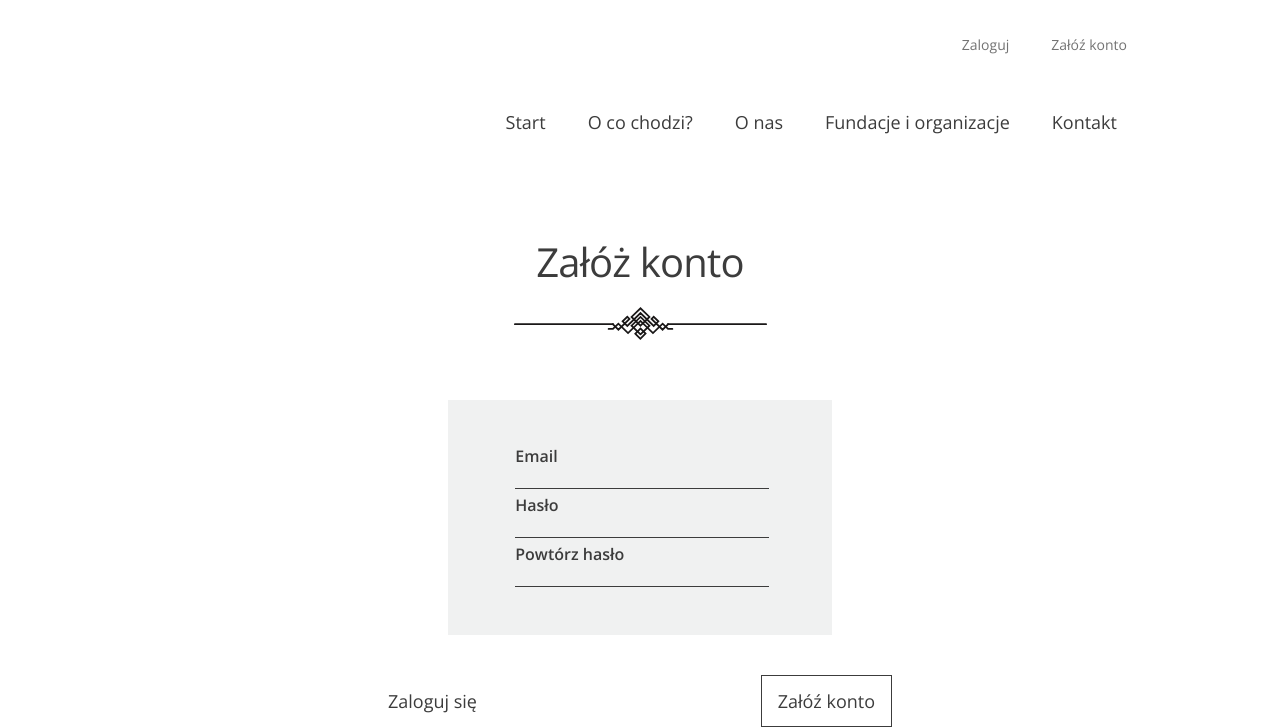
Repository: tomekwoojcik/oddam-w-dobre-rence
Page: /rejestracja
An editor plug-in stored every save of this project. The page is shown before and after the next save, followed by the edit.
The browser window is 1280 px wide. The pictures show the whole page.
The project was rebuilt for these pictures with package versions that can differ from the ones it lists, and the page was loaded fresh each time. Also part of the build but not shown: src/config/supabaseClient.js, src/components/context/databaseContext.js, src/components/atoms/aboutUsImg/aboutUsImg.js, src/components/atoms/aboutUsText/aboutUsText.js, src/components/organisms/aboutUsBar/aboutUsBar.js, src/components/atoms/textAreaInput/textAreaInput.js, src/components/molecules/contactForm/contactForm.js, src/components/molecules/contactUsForm/contactUsForm.js and 29 more.

Above is the page before, as saved 2022-12-14 08:46:34.

### public/index.html
<!DOCTYPE html>
<html lang="en">
  <head>
    <meta charset="utf-8" />
    <link rel="icon" href="%PUBLIC_URL%/favicon.ico" />
    <meta name="viewport" content="width=device-width, initial-scale=1" />
    <meta name="theme-color" content="#000000" />
    <meta
      name="description"
      content="Web site created using create-react-app"
    />
    <link rel="apple-touch-icon" href="%PUBLIC_URL%/logo192.png" />
    <link rel="manifest" href="%PUBLIC_URL%/manifest.json" />
    <title>React App</title>
    <link rel="preconnect" href="https://fonts.googleapis.com">
    <link rel="preconnect" href="https://fonts.gstatic.com" crossorigin>
    <link
      href="https://fonts.googleapis.com/css2?family=Merriweather:ital,wght@0,300;0,400;0,700;0,900;1,300;1,400;1,700;1,900&family=Open+Sans:ital,wght@0,300;0,400;0,500;0,600;0,700;0,800;1,300;1,400;1,500;1,600;1,700;1,800&display=swap"
      rel="stylesheet">
  </head>
  <body>
    <div id="root"></div>
  </body>
</html>

### src/scss/main.scss
@import './reset';
@import './settings/colors';
@import './settings/fonts';
@import '../components/atoms/buttonsMenu/buttonsMenu';
@import '../components/molecules/navMenu/navMenu';
@import '../components/atoms/buttonsLoginLogout/buttonsLoginLogout';
@import '../components/molecules/navLoginLogout/navLoginLogout';
@import '../components/molecules/menu/menu';
@import '../components/atoms/photoInHeader/photoInHeader.scss';
@import '../components/organisms/header/header';
@import '../components/atoms/partTextInHeader/firstPartText';
@import '../components/molecules/rightPart/rightPart';
@import '../components/molecules/textInHeader/textInHeader';
@import '../components/atoms/decorationAssets/decorationAssets';
@import '../components/molecules/menuRightPartContext/menuRightPartContext';
@import '../components/atoms/buttonsInRightPartContext/buttonsInRightPartContext';
@import '../components/organisms/threeColumns/threeColumns';
@import '../pages/home/home';
@import '../components/molecules/oneColumn/oneColumn';
@import '../components/atoms/counterInColumn/counterInColumn';
@import '../components/atoms/titleInColumn/titleInColumn';
@import '../components/atoms/textInColumn/textInColumn';
@import '../components/atoms/simpleStepsTitle/simpleStepsTitle';
@import '../components/organisms/simpleSteps/simpleSteps';
@import '../components/atoms/simpleStepsColumn/simpleStepsColumn';
@import '../components/molecules/simpleStepsBar/simpleStepsBar';
@import '../components/organisms/aboutUsBar/aboutUsBar';
@import '../components/organisms/whoWeHelp/whoWeHelp';
@import '../components/organisms/contactUs/contactUs';
@import '../pages/logIn/login';
@import '../pages/register/register';

* {
    font-family: $font-base;
}

### src/scss/settings/_colors.scss
$white-color: #F0F1F1;
$mustard-color: #5E5322;
$strong-yellow-color: #FAD648;
$grey-color: #737373;
$black-color: #3C3C3C;

### src/components/atoms/buttonsMenu/_buttonsMenu.scss
@import '../../../scss/settings/fonts';
@import '../../../scss/settings/colors';

.buttonItem {
    .button {
        font-size: 18px;
        padding: 9px 20px;
        color: $black-color;
        text-decoration: none;
        font-family: $font-base;
        border: 0.75px solid white;
    }

    .button:hover{
        border: 0.75px solid $black-color;
    }
}

### src/components/molecules/navMenu/_navMenu.scss
@import '../../../scss/settings/fonts';
@import '../../../scss/settings/colors';

.buttonList {
    margin-top: 10px;
    display: flex;
    flex-direction: row;
    justify-content: flex-end;
    margin-right: 142px;
}

### src/components/atoms/buttonsLoginLogout/_buttonsLoginLogout.scss
@import '../../../scss/settings/fonts';
@import '../../../scss/settings/colors';

.buttonMenuItems {
    .buttonMenu {
        font-family: $font-base;
        font-size: 14px;
        text-decoration: none;
        color: $grey-color;
        padding: 9px 10px;
        margin-left: 20px;
        border: 0.75px solid white;
    }

    .buttonMenu:hover{
        border-color: $strong-yellow-color;
    }
}

### src/components/molecules/navLoginLogout/_navLoginLogout.scss
.buttonMenuList{
    display: flex;
    flex-direction: row;
    justify-content: flex-end;
    margin-right: 142px;
    margin-bottom: 60px;
}

### src/components/molecules/menu/_menu.scss
.menu {
    width: 100%;
    margin-top: 37px;
    flex-direction: column;
}

### src/components/atoms/photoInHeader/_photoInHeader.scss
.photoHeader {
    width: 885px;
    height: 963px;
}

### src/components/organisms/header/_header.scss
.header {
    display: flex;
    flex-direction: row;
    width: 1758px;
}

### src/components/atoms/partTextInHeader/_firstPartText.scss
@import '../../../scss/settings/fonts';
@import '../../../scss/settings/colors';

.textInHeader{
    font-family: $font-base;
    font-size: 38px;
    margin-bottom: 10px;
}

### src/components/molecules/rightPart/_rightPart.scss
.rightPartHeader{
    display: flex;
    flex-direction: column;
}

### src/components/molecules/textInHeader/_textInHeader.scss
.textIn{
    margin-top: 210px;
}

### src/components/atoms/decorationAssets/_decorationAssets.scss
.decorationAssets {
    width: 253px;
    height: 33px;
    align-self: center;
    margin-top: 25px;
}

### src/components/molecules/menuRightPartContext/_menuRightPartContext.scss
.menuRightPartContext{
    display: flex;
    flex-direction: row;
    justify-content: center;
    margin-top: 65px;
}

### src/components/atoms/buttonsInRightPartContext/_buttonsInRightPartContext.scss
@import '../../../scss/settings/fonts';
@import '../../../scss/settings/colors';
@import '../../../scss/settings/otherVariables';

.buttonItemMenuContext {
    width: 250px;
    border: $border;
    padding: 13px 51px;

    .buttonMenuContext {

        text-transform: uppercase;
        text-decoration: none;
        color: $black-color;
        font-size: 36px;
        letter-spacing: 0.76px;
        word-wrap: break-word;
        font-family: $font-base;
        font-weight: 300;
    }

}

.buttonItemMenuContext:nth-child(2) {
    margin-left: 44px;
}

### src/scss/settings/_otherVariables.scss
@import '../settings/colors';
@import '../settings/colors';

$border: 0.75px solid $black-color;
$blind-border: 0.75px solid white;

### src/components/organisms/threeColumns/_threeColumns.scss
.threeColumns{
    background: url(../../../assets/backGround.png) ;
    width: 100%;
    display: flex;
    flex-direction: row;
    justify-content: space-around;
}

### src/pages/home/_home.scss
.homePage{
    width: 1900px;
    margin: 0 auto;
}

### src/components/molecules/oneColumn/_oneColumn.scss
.oneColumn {
    display: flex;
    flex-direction: column;
    justify-content: center;
    width: 334px;
    height: 252px;
    padding-top: 46px;
    padding-bottom: 86px;

}

### src/components/atoms/counterInColumn/_counterInColumn.scss
@import '../../../scss/settings/fonts';
@import '../../../scss/settings/colors';
@import '../../../scss/settings/otherVariables';

.counterColumn{
    font-size: 90px;
    font-family: $font-base;
    color: $mustard-color;
    font-weight: 300;
}

### src/components/atoms/titleInColumn/_titleInColumn.scss
@import '../../../scss/settings/fonts';
@import '../../../scss/settings/colors';
@import '../../../scss/settings/otherVariables';

.titleColumn{
    text-transform: uppercase;
    font-size: 18px;
    font-family: $font-base;
    letter-spacing: -0.36px;
    color: $black-color;
    margin: 10px 0 28px 0;

}

### src/components/atoms/textInColumn/_textInColumn.scss
@import '../../../scss/settings/fonts';
@import '../../../scss/settings/colors';
@import '../../../scss/settings/otherVariables';


.textColumn{
    font-family: $font-alt;
    font-size: 16px;
    font-weight: lighter;
    color: $black-color;
    letter-spacing: -0.32px;
    line-height: 25px;
}

### src/components/atoms/simpleStepsTitle/_simpleStepsTitle.scss
@import '../../../scss/settings/fonts';
@import '../../../scss/settings/colors';
@import '../../../scss/settings/otherVariables';

.simpleStepsTitle {
    font-size: 38px;
    font-family: $font-base;
    letter-spacing: -0.76px;
    color: $black-color;
    font-weight: 300;
}

### src/components/organisms/simpleSteps/_simpleSteps.scss
.simpleSteps{
    padding: 55px 0 80px 0;
    display: flex;
    flex-direction: column;

    .buttonItemMenuContext{
        align-self: center;
    }
}

### src/components/atoms/simpleStepsColumn/_simpleStepsColumn.scss
@import '../../../scss/settings/fonts';
@import '../../../scss/settings/colors';
@import '../../../scss/settings/otherVariables';

.simpleStepsColumn {
    width: 130px;
    height: 172px;

    .simpleStepsColumnImg {
        width: 83px;
        height: 83px;
    }

    .simpleStepsColumnTitle {
        font-family: $font-base;
        font-size: 18px;
        color: $black-color;
    }

    .simpleStepsColumnLine {
        color: $grey-color;
        width: 70px;
    }

    .simpleStepsColumnText {
        font-family: $font-base;
        font-size: 16px;
        color: $black-color;
        height: 40px;
        width: 100%;
    }
}


.simpleStepsColumn:nth-child(2){
    .simpleStepsColumnTitle{
        margin-top: 12px;
    }
}

### src/components/molecules/simpleStepsBar/_simpleStepsBar.scss
@import '../../../scss/settings/fonts';
@import '../../../scss/settings/colors';
@import '../../../scss/settings/otherVariables';

.simpleStepsBar {
    background-color: $white-color;
    padding: 71px 414px 76px 414px;
    display: flex;
    flex-direction: row;
    justify-content: space-between;
    margin-top: 34px;
    margin-bottom: 34px;
}

### src/components/organisms/aboutUsBar/_aboutUsBar.scss
@import '../../atoms/aboutUsImg/aboutUsImg';
@import '../../atoms/aboutUsText/aboutUsText';

.aboutUsBar{
    height: 935px;
    display: flex;
}

### src/components/atoms/aboutUsImg/_aboutUsImg.scss
.aboutUsImg{
    background-image: url('../../../assets/People.png');
    width: 942px;
    height: 100%;

}

### src/components/atoms/aboutUsText/_aboutUsText.scss
@import '../../../scss/settings/fonts';
@import '../../../scss/settings/colors';
@import '../../../scss/settings/otherVariables';

.aboutUsText {
    background-color: $white-color;
    width: calc(958px - 301px);
    height: calc(100% - 371px);
    padding: 186px 152px 185px 149px;

    .aboutUsTextTitle {
        font-family: $font-base;
        font-size: 38px;
        letter-spacing: -0.76px;
        color: $black-color;
        margin-bottom: 15px;
        font-weight: normal;
    }

    .aboutUsTextinText {
        font-family: $font-base;
        font-size: 33px;
        letter-spacing: -0.6px;
        color: $black-color;
        font-weight: 300;
        line-height: 45px;
        margin: 55px 0 40px 0;
    }

    .aboutUsSignature {
        background-image: url('../../../assets/Signature.png');
        width: 209px;
        height: 149px;
        margin-left: calc(597px - 149px);
    }
}

### src/components/organisms/whoWeHelp/_whoWeHelp.scss
@import '../../molecules/whoWeHelpButtons/whoWeHelpButtons';
@import '../../molecules/whoWeHelpList/whoWeHelpList';
@import '../../../scss/settings/fonts';
@import '../../../scss/settings/colors';
@import '../../../scss/settings/otherVariables';

.whoWeHelp{
    margin-top: 70px;
    display: flex;

    flex-direction: column;


    .whoWeHelpTitle{
        font-size: 38px;
        font-family: $font-base;
        letter-spacing: -0.76px;
        color: $black-color;
    }
}

### src/components/molecules/whoWeHelpButtons/_whoWeHelpButtons.scss
@import '../../atoms/whoWeHelpButton/whoWeHelpButton';

.whoWeHelpButtonsList{
    display: flex;
    flex-direction: row;
    width: 750px;
    justify-content: space-between;
    align-self: center;
    margin-top: 50px;
    margin-bottom: 70px;
}

### src/components/atoms/whoWeHelpButton/_whoWeHelpButton.scss
@import '../../../scss/settings/fonts';
@import '../../../scss/settings/colors';
@import '../../../scss/settings/otherVariables';

.whoWeHelpButton {
    background-color: white;
    font-family: $font-base;
    color: $black-color;
    font-size: 24px;
    border: $blind-border;
    padding: 12px 21px;
    width: 100%;
}
.whoWeHelpButton:nth-child(2){
    margin: 0 20px 0 20px ;
}

.whoWeHelpButton:hover {
    border: $border;
}

### src/components/molecules/whoWeHelpList/_whoWeHelpList.scss
@import '../../../scss/settings/fonts';
@import '../../../scss/settings/colors';
@import '../../../scss/settings/otherVariables';
@import '../../molecules/whoWeHelpListArray/whoWeHelpListArray';
.whoWeHelpList{
    display: flex;
    flex-direction: column;
    align-items: center;
    .whoWeHelpListParagraf{
        width: 640px;
        font-family: $font-base;
        color: $black-color;
        font-size: 22px;
        margin-bottom: 32px;
    }
}

### src/components/molecules/whoWeHelpListArray/_whoWeHelpListArray.scss
@import '../../atoms/whoWeHelpListItem/whoWeHelpListItem';
@import '../../../scss/settings/fonts';
@import '../../../scss/settings/colors';
@import '../../../scss/settings/otherVariables';

.divPag {
    width: 200px;
    display: flex;
    flex-direction: row;
    justify-content: space-between;
    margin: 0 50%;

    .nextBtn,
    .prevBtn,
    .pagesBtn {
        font-family: $font-base;
        padding: 5px 10px;
        border: $blind-border;
    }

    .nextBtn:hover,
    .prevBtn:hover,
    .pagesBtn:hover {
        border: $border;
    }

    .activeBtn {
        border: $border;
    }
}

### src/components/atoms/whoWeHelpListItem/_whoWeHelpListItem.scss
@import '../../../scss/settings/fonts';
@import '../../../scss/settings/colors';
@import '../../../scss/settings/otherVariables';


.whoWeHelpListItem {
    margin-top: 34px;
    width: 1334px;

    .whoWeHelpListItemContent {
        width: 100%;
        display: flex;
        flex-direction: row;
        justify-content: space-between;

        .leftPart {
            display: flex;
            flex-direction: column;
            align-items: flex-start;

            .organizationName {
                color: $black-color;
                font-family: $font-alt;
                font-weight: lighter;
                font-size: 26px;
                margin-bottom: 6px;
            }

            .organizationGoal {
                color: $black-color;
                margin-bottom: 31px;
                font-family: $font-alt;
                font-weight: lighter;
                font-size: 18px;
                font-style: italic;
            }
        }

        .items {
            color: $black-color;
            align-self: center;
            font-family: $font-alt;
            font-weight: lighter;
            font-size: 18px;
        }
    }
}

.whoWeHelpListItem:nth-child(1),
.whoWeHelpListItem:nth-child(2) {
    border-bottom: $border;
}

### src/components/organisms/contactUs/_contactUs.scss
@import '../../molecules/contactUsForm/contactUsForm';

@import '../../molecules/footer/footer';
.contactUs{
    background: url('../../../assets/Background-Contact-Form.jpg');
    background-size: cover;
    background-repeat: no-repeat;
    opacity: 50%;
    width: 100%;
    height: 1026px;
    margin-top: 80px;

    display: flex;
    flex-direction: column;
    justify-content: space-between;
}

### src/components/molecules/contactUsForm/_contactUsForm.scss
@import '../../../scss/settings/colors';
@import '../../../scss/settings/fonts';
@import '../../../scss/settings/otherVariables';
@import '../contactForm/contactForm';

.contactUsForm{
    display: flex;
    flex-direction: column;
    align-items: center;
    width: 100%;
    margin-left: 27%;
    .contactUsFormTitle{
        margin-top: 10%;
        font-family: $font-base;
        font-size: 38px;
        letter-spacing: -0.76px;
    }
    .decorationAssets{
        align-self: auto;
    }
}

### src/components/molecules/contactForm/_contactForm.scss
@import '../../atoms/inputContactForm/inputContactForm';
@import '../../atoms/textAreaInput/textAreaInput';

@import '../../../scss/settings/colors';
@import '../../../scss/settings/fonts';
@import '../../../scss/settings/otherVariables';

.contactForm {
    width: 528px;
    display: flex;
    flex-direction: column;

    .inputError {
        margin-top: 50px;
        color: red;
        font-family: $font-base;
        font-weight: bold;
    }

    .rowForm {
        display: flex;
        flex-direction: row;
        margin-top: 70px;

        .contactUsLabel {
            margin-bottom: 12px;
        }

        .divForm:nth-child(1) {
            margin-right: 16px;
        }

        .divForm:nth-child(1),
        .divForm:nth-child(2) {
            width: 256px;
        }

        .divForm:nth-child(3) {
            height: 400px;
        }



    }

    .formButton {
        font-family: $font-base;
        font-weight: 300px;
        font-size: 18px;
        color: $black-color;
        padding: 13px 53px;
        width: 156px;
        align-self: flex-end;
        border: $border;
        background-color: white;

    }

}

### src/components/atoms/inputContactForm/_inputContactForm.scss
@import '../../../scss/settings/colors';
@import '../../../scss/settings/fonts';
@import '../../../scss/settings/otherVariables';


.divForm {
    display: flex;
    flex-direction: column;
    align-items: flex-start;
    .contactUsLabel{
        font-family: $font-base;
        font-size: 16px;
        font-weight: 600;
        color: $black-color;
    }
    .contactUsInput{
        width: 100%;
        border: 0;
        border-bottom: $border;
    }
}

### src/components/atoms/textAreaInput/_textAreaInput.scss
@import '../../../scss/settings/colors';
@import '../../../scss/settings/fonts';
@import '../../../scss/settings/otherVariables';


.rowContactUsLabel {
    display: flex;
    flex-direction: column;
    align-items: flex-start;

    .contactUsLabel {
        margin-bottom: 12px;
        margin-top: 44px;
        font-family: $font-base;
        font-size: 16px;
        font-weight: 600;
        color: $black-color;

    }

    .contactUsTextArea {
        width: 100%;
        height: 97px;
        margin-bottom: 44px;
        border: 0;
        border-bottom: $border;
        opacity: 50%;
    }


}

### src/components/molecules/footer/_footer.scss
@import '../../../scss/settings/colors';
@import '../../../scss/settings/fonts';
@import '../../../scss/settings/otherVariables';

.footer {
    align-self: center;
    margin-bottom: 22px;
    display: flex;
    flex-direction: row;
    align-items: center;
    width: 100%;
    justify-content: space-between;


    .textFooter {
        font-family: $font-base;
        font-size: 18px;
        color: $black-color;
        align-self: center;
        margin-left: 45%;
    }

    .mediaFooter {
        display: flex;
        flex-direction: row;
        margin-right: 149px;


        .media-button {
            width: 30px;
            height: 30px;
        }

        .facebook {
            background: url('../../../assets/Facebook.svg');
            background-size: cover;
            background-repeat: no-repeat;
            margin-right: 20px;
        }

        .instagram {
            background: url('../../../assets/Instagram.svg');
            background-size: cover;
            background-repeat: no-repeat;
        }
    }
}

### src/pages/logIn/_login.scss
@import '../../components/molecules/loginForm/loginForm';
@import '../../components/molecules/formLogin/formLogin';

### src/components/molecules/loginForm/_loginForm.scss
.loginForm {
    display: flex;
    flex-direction: column;
    align-items: center;
    justify-content: center;
    margin-top: 110px;
    .logInHeader {
        font-family: $font-base;
        color: $black-color;
        font-size: 40px;
        font-weight: 300;
        letter-spacing: -0.8px;
    }
}

### src/components/molecules/formLogin/_formLogin.scss
@import '../../../scss/settings/fonts';
@import '../../../scss/settings/colors';
@import '../../../scss/settings/otherVariables';

.formLog {
    margin-top: 60px;
    display: flex;
    flex-direction: column;
    align-items: center;

    .form {
        display: flex;
        flex-direction: column;
        align-content: space-between;
        justify-content: space-evenly;
        padding: 40px 67.25px;
        width: calc(384px - 134.5px);
        height: calc(235px - 80px);
        background-color: $white-color;

        .contactUsInput {
            background-color: $white-color;
        }


    }

    .btnRow {
        width: 504px;
        margin-top: 40px;
        display: flex;
        align-content: space-between;
        justify-content: space-between;
        align-items: center;
        .linkLogin {
            font-style: normal;
            font-family: $font-base;
            font-weight: 300;
            font-size: 18px;
            color: $black-color;
            text-decoration: none;
        }
        .btnLog{
            font-family: $font-base;
            font-size: 18px;
            color: $black-color;
            font-weight: 300;
            padding: 13px 16px;
            background-color: white;
            border: $border;
        }
    }
}

### src/pages/register/_register.scss
@import '../../components/molecules/formRegister/formRegister'

### src/components/molecules/formRegister/_formRegister.scss
@import '../../../scss/settings/fonts';
@import '../../../scss/settings/colors';
@import '../../../scss/settings/otherVariables';

.formReg {
    margin-top: 60px;
    display: flex;
    flex-direction: column;
    align-items: center;

    .form {
        display: flex;
        flex-direction: column;
        align-content: space-between;
        justify-content: space-evenly;
        padding: 40px 67.25px;
        width: calc(384px - 134.5px);
        height: calc(235px - 80px);
        background-color: $white-color;

        .contactUsInput {
            background-color: $white-color;
        }


    }

    .btnRow {
        width: 504px;
        margin-top: 40px;
        display: flex;
        align-content: space-between;
        justify-content: space-between;
        align-items: center;

        .linkLogin {
            font-style: normal;
            font-family: $font-base;
            font-weight: 300;
            font-size: 18px;
            color: $black-color;
            text-decoration: none;
        }

        .btnLog {
            font-family: $font-base;
            font-size: 18px;
            color: $black-color;
            font-weight: 300;
            padding: 13px 16px;
            background-color: white;
            border: $border;
        }
    }
}

### src/pages/register/register.js
import React from 'react'

import Menu from '../../components/molecules/menu/menu'
import RegistForm from '../../components/molecules/registForm/registForm'

const LogIn = () => {
  return (
    <div className='login-page' >
      <Menu />
      <RegistForm/>
    </div>
  )
}

export default LogIn

### src/components/molecules/menu/menu.js
import React from 'react'
import NavLoginLogout from '../navLoginLogout/navLoginLogout'
import NavMenu from '../navMenu/navMenu'

const Menu = () => {
  return (
    <div className='menu'>
      <NavLoginLogout />
      <NavMenu />
    </div>
  )
}

export default Menu

### src/components/atoms/decorationAssets/decorationAssets.js
import React from 'react'
import DecoratorImage from '../../../assets/Decoration.svg'
const DecorationAssets = () => {
  return (
        <img className="decorationAssets" src={DecoratorImage} />
  )
}

export default DecorationAssets

### src/components/atoms/buttonsLoginLogout/buttonsLoginLogout.js
/* eslint-disable react/prop-types */
import React from 'react'
import { NavLink } from 'react-router-dom'

const ButtonsLoginLogout = ({ source, buttonName }) => {
  return (
        <li className='buttonMenuItems'><NavLink className='buttonMenu' to={source}>{buttonName}</NavLink></li>
  )
}

export default ButtonsLoginLogout

Loaded but not shown: src/reportWebVitals.js (common file); src/scss/_reset.scss (common file); src/scss/settings/_fonts.scss (common file); src/App.css (common file); src/components/molecules/formRegister/formRegister.js (20 lines, source omitted); src/App.js (25 lines, source omitted); src/index.js (17 lines, source omitted); src/components/molecules/navMenu/navMenu.js (16 lines, source omitted); src/components/atoms/inputContactForm/inputContactForm.js (15 lines, source omitted); src/components/atoms/buttonsMenu/buttonsMenu.js (14 lines, source omitted); src/components/molecules/navLoginLogout/navLoginLogout.js (13 lines, source omitted); src/components/molecules/registForm/registForm.js (15 lines, source omitted)

After the next save:
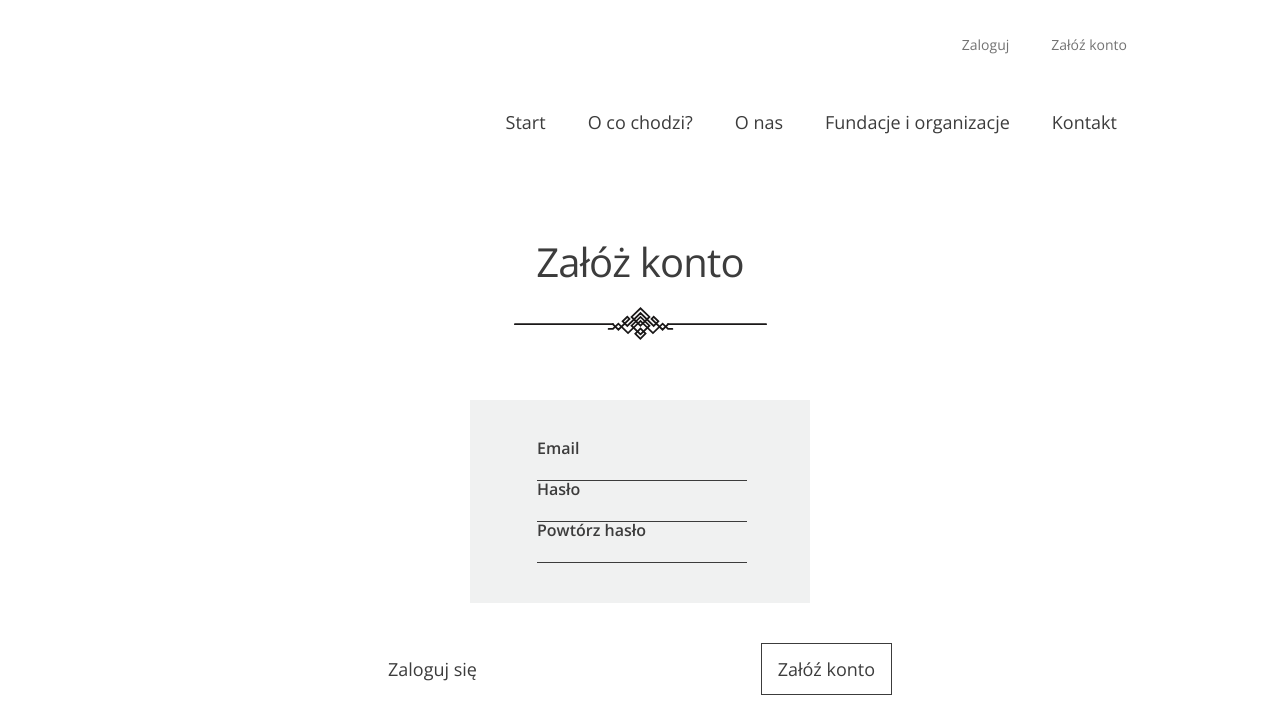
Saved 27 s later.
--- a/src/components/molecules/formRegister/_formRegister.scss
+++ b/src/components/molecules/formRegister/_formRegister.scss
@@ -14,8 +14,6 @@
         align-content: space-between;
         justify-content: space-evenly;
         padding: 40px 67.25px;
-        width: calc(384px - 134.5px);
-        height: calc(235px - 80px);
         background-color: $white-color;
 
         .contactUsInput {
